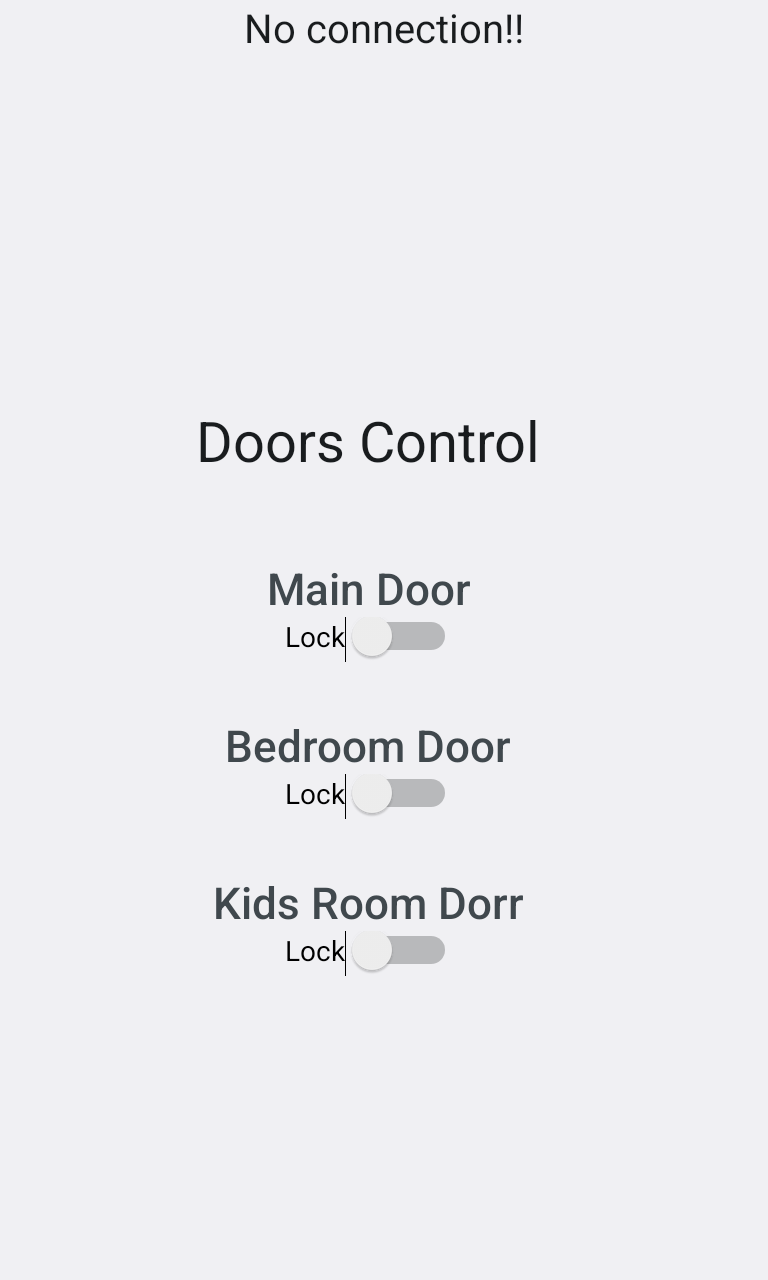
Repository: Teketel/hujeManiita
Layout: workspace/android/Besso/res/layout/door_control.xml
An editor plug-in stored every save of this project. The layout is shown before and after the next save, followed by the edit.
It is drawn on a 768 x 1280 px phone screen (xhdpi) without system bars, with theme AppTheme; the app's code is not run.

Above is the layout before, as saved 2013-05-19 22:44:14.

### workspace/android/Besso/res/layout/door_control.xml
<?xml version="1.0" encoding="utf-8"?>
<LinearLayout xmlns:android="http://schemas.android.com/apk/res/android"
    android:layout_width="fill_parent"
    android:layout_height="wrap_content"
    android:orientation="vertical" >

    <TextView
        android:id="@+id/noConntextView"
        android:layout_width="fill_parent"
        android:layout_height="wrap_content"
        android:gravity="center"
        android:paddingBottom="49dp"
        android:text="No connection!!"
        android:textAppearance="?android:attr/textAppearanceLarge"
        android:textSize="20dp" />

    <LinearLayout
        android:layout_width="fill_parent"
        android:layout_height="fill_parent"
        android:gravity="center"
        android:orientation="vertical"
        android:paddingLeft="5dp"
        android:paddingRight="20dp" >

        <TextView
            android:id="@+id/textView1"
            android:layout_width="wrap_content"
            android:layout_height="wrap_content"
            android:gravity="center"
            android:paddingBottom="40dp"
            android:text="Doors Control"
            android:textAppearance="?android:attr/textAppearanceLarge"
            android:textSize="28dp" />

        <TextView
            android:id="@+id/userTextView"
            android:layout_width="wrap_content"
            android:layout_height="wrap_content"
            android:text="Main Door"
            android:textAppearance="?android:attr/textAppearanceMedium"
            android:textSize="22dp" />

        <Switch
            android:id="@+id/main_door"
            android:layout_width="wrap_content"
            android:layout_height="wrap_content"
            android:paddingBottom="30dp"
            android:text="Lock" />

        <TextView
            android:id="@+id/emailTextView"
            android:layout_width="wrap_content"
            android:layout_height="wrap_content"
            android:text="Bedroom Door"
            android:textAppearance="?android:attr/textAppearanceMedium"
            android:textSize="22dp" />

        <Switch
            android:id="@+id/bedroom_door"
            android:layout_width="wrap_content"
            android:layout_height="wrap_content"
            android:paddingBottom="30dp"
            android:text="Lock" />

        <TextView
            android:id="@+id/ipTextView"
            android:layout_width="wrap_content"
            android:layout_height="wrap_content"
            android:text="Kids Room Dorr"
            android:textAppearance="?android:attr/textAppearanceMedium"
            android:textSize="22dp" />

        <Switch
            android:id="@+id/kids_room_door"
            android:layout_width="wrap_content"
            android:layout_height="wrap_content"
            android:paddingBottom="30dp"
            android:text="Lock" />
    </LinearLayout>

</LinearLayout>

Loaded but not shown: workspace/android/Besso/res/values/styles.xml (common file); workspace/android/Besso/res/values-v11/styles.xml (common file)

After the next save:
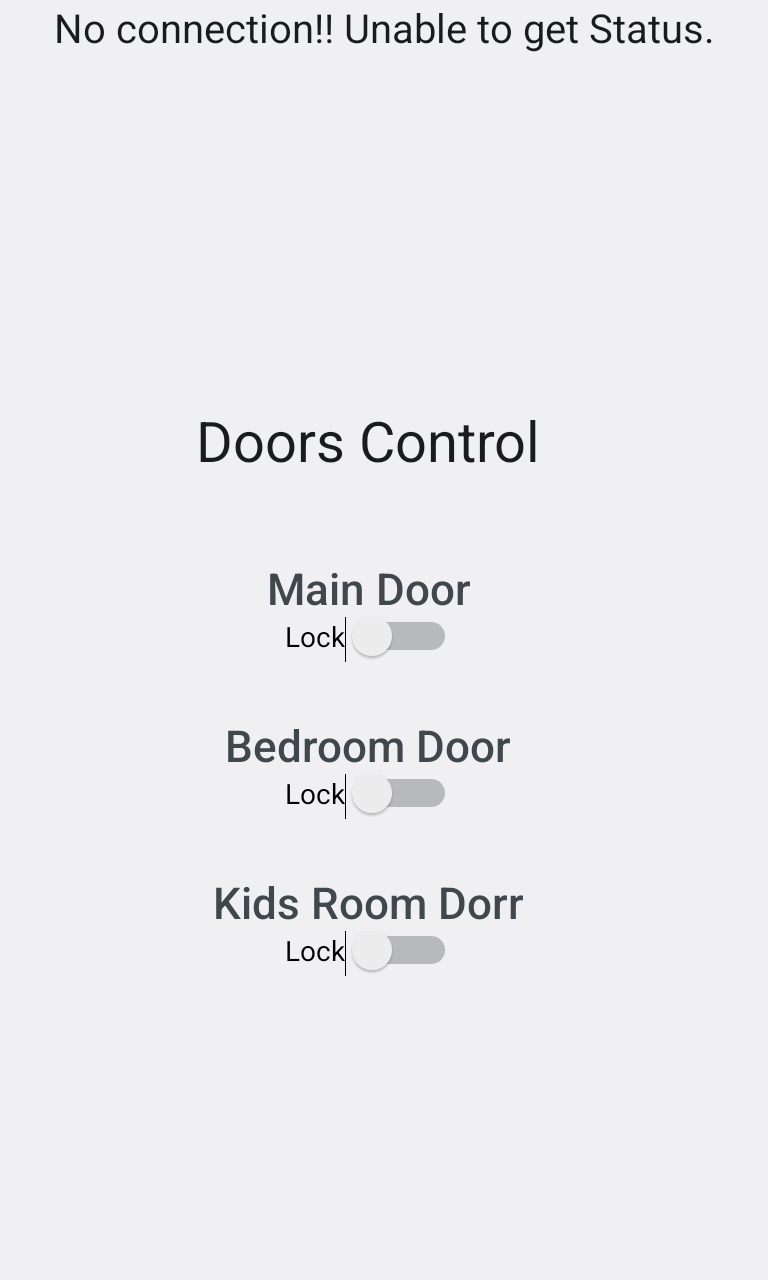
Saved 52 s later.
--- a/workspace/android/Besso/res/layout/door_control.xml
+++ b/workspace/android/Besso/res/layout/door_control.xml
@@ -10,7 +10,7 @@
         android:layout_height="wrap_content"
         android:gravity="center"
         android:paddingBottom="49dp"
-        android:text="No connection!!"
+        android:text="No connection!! Unable to get Status."
         android:textAppearance="?android:attr/textAppearanceLarge"
         android:textSize="20dp" />
 
